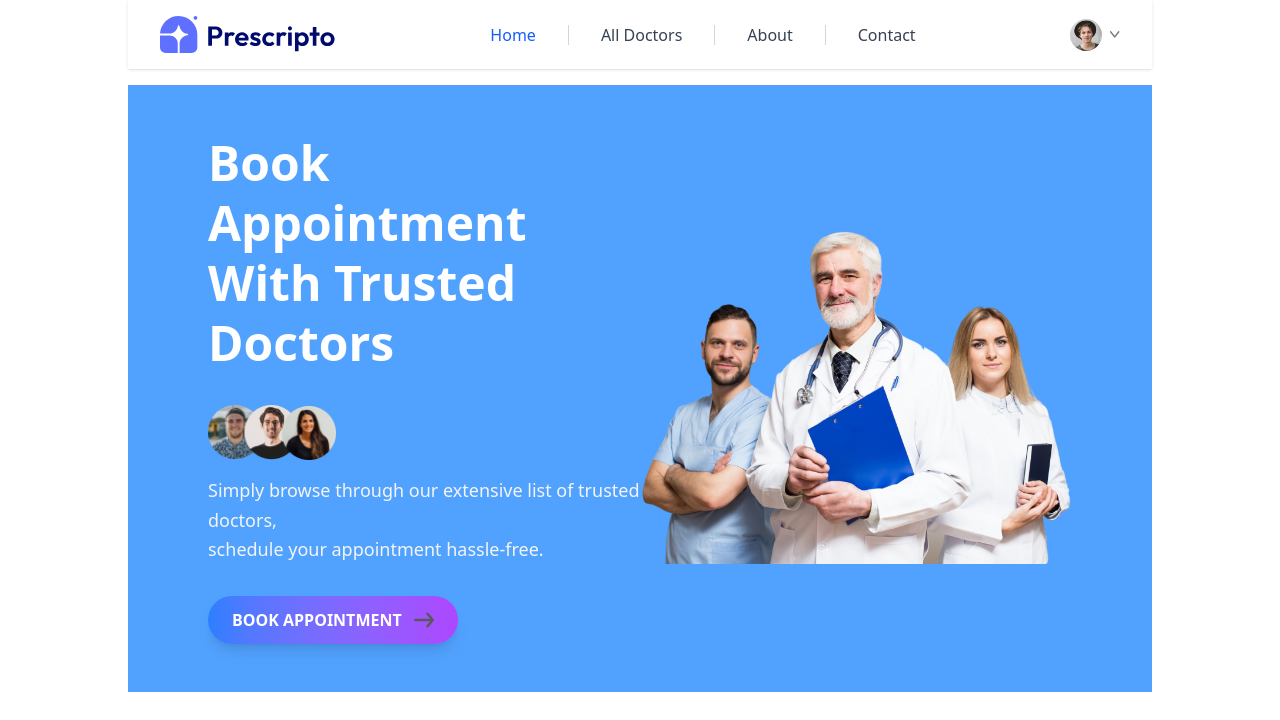
Repository: Pran2535/appointement_booking
Page: / (app in frontend/)
These files come from the project's save history. The page is drawn as it stood at one moment and after the next save; the edit follows.
The browser window is 1280 px wide. The pictures show the whole page.
The project was rebuilt for these pictures with package versions that can differ from the ones it lists, and the page was loaded fresh each time. Also part of the build but not shown: frontend/vite.config.js, frontend/src/pages/About.jsx, frontend/src/pages/MyAppointments.jsx, frontend/src/pages/Doctors.jsx, frontend/src/pages/Login.jsx, frontend/src/pages/Contact.jsx, frontend/src/pages/MyProfile.jsx, frontend/src/pages/Appointment.jsx.

Above is the page before, as saved 2025-02-16 21:02:41.

After the next save:
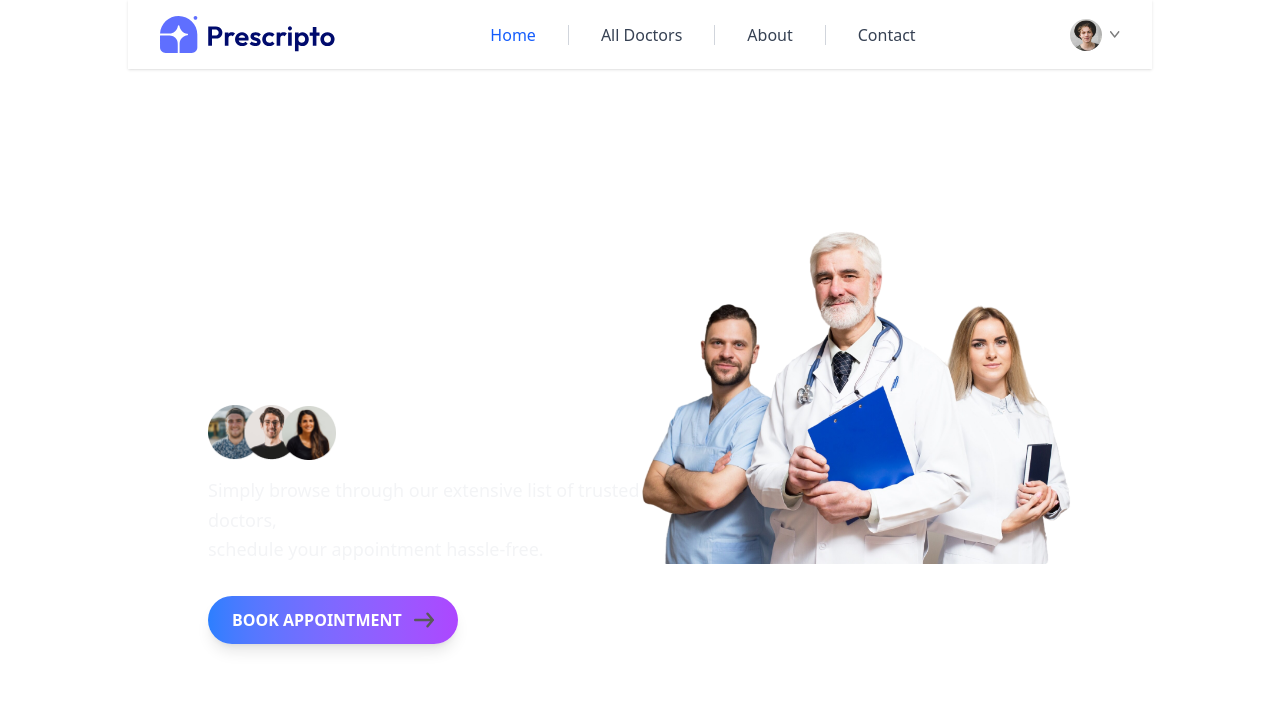
Saved 4 s later.
--- a/frontend/src/components/Header.jsx
+++ b/frontend/src/components/Header.jsx
@@ -3,7 +3,7 @@
 
 const Header = () => {
   return (
-    <div className="mt-4 flex flex-col md:flex-row justify-between items-center bg-blue-400 px-6 md:px-10 lg:px-20 py-12 text-white">
+    <div className="mt-4 flex flex-col md:flex-row justify-between items-center bg-blue-350 px-6 md:px-10 lg:px-20 py-12 text-white">
       {/* Left side */}
       <div className="w-full md:w-1/2 space-y-8 mb-8 md:mb-0">
         <h1 className="text-4xl lg:text-5xl font-bold leading-tight">

After the 2 saves that followed:
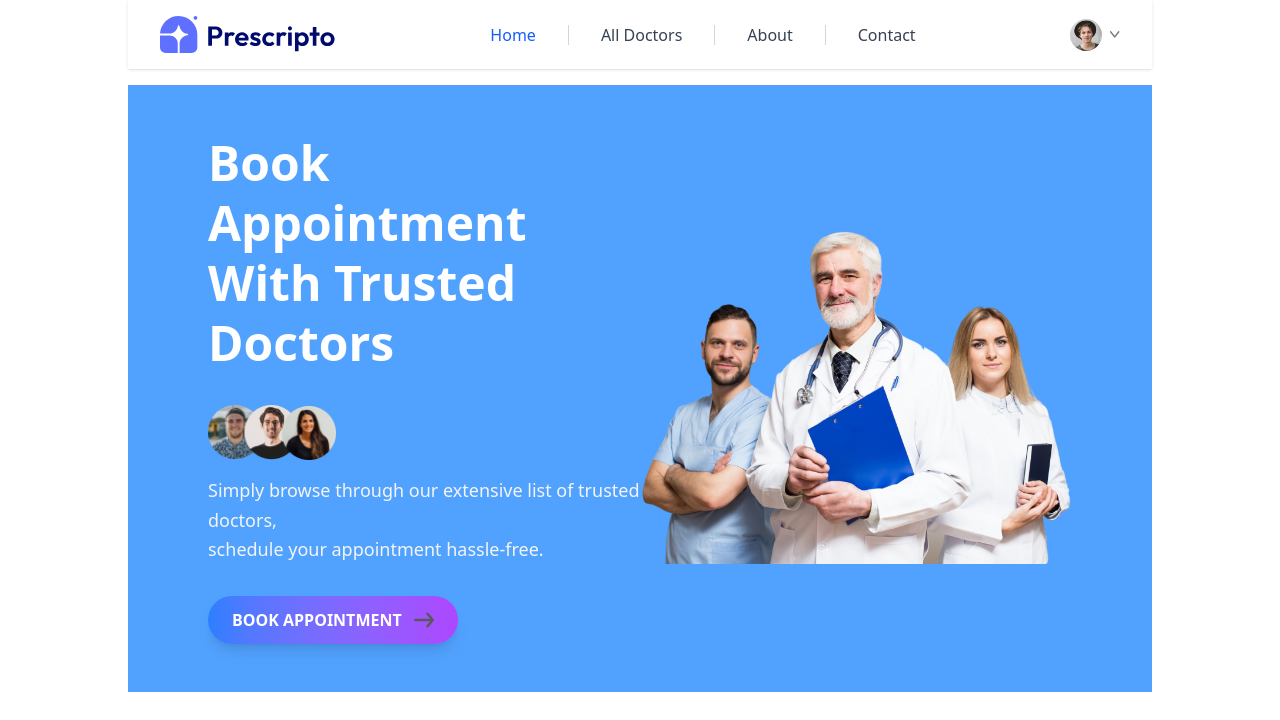
The 2 saves are shown as one change because they came seconds apart.
The last was saved 7 s later.
--- a/frontend/src/components/Header.jsx
+++ b/frontend/src/components/Header.jsx
@@ -3,7 +3,7 @@
 
 const Header = () => {
   return (
-    <div className="mt-4 flex flex-col md:flex-row justify-between items-center bg-blue-350 px-6 md:px-10 lg:px-20 py-12 text-white">
+    <div className="mt-4 flex flex-col md:flex-row justify-between items-center bg-blue-400 px-6 md:px-10 lg:px-20 py-12 text-white">
       {/* Left side */}
       <div className="w-full md:w-1/2 space-y-8 mb-8 md:mb-0">
         <h1 className="text-4xl lg:text-5xl font-bold leading-tight">
